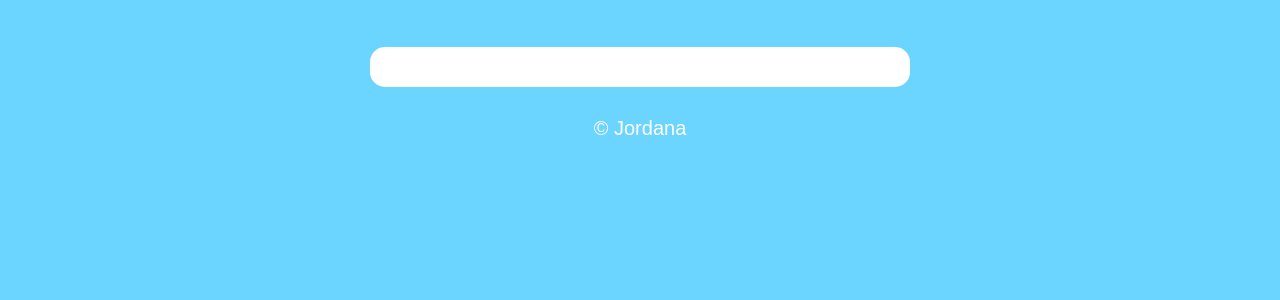
Repository: Iamjordana/Curso-JavaScript
Page: desafio/d02/index.html
The author's editor kept a copy of each file at every save. The page is drawn from the files as they stood at one save, then again after the next save.
The browser window is 1280 px wide. The pictures show the whole page.

Above is the page before, as saved 2025-02-20 13:36:27.

After the next save:
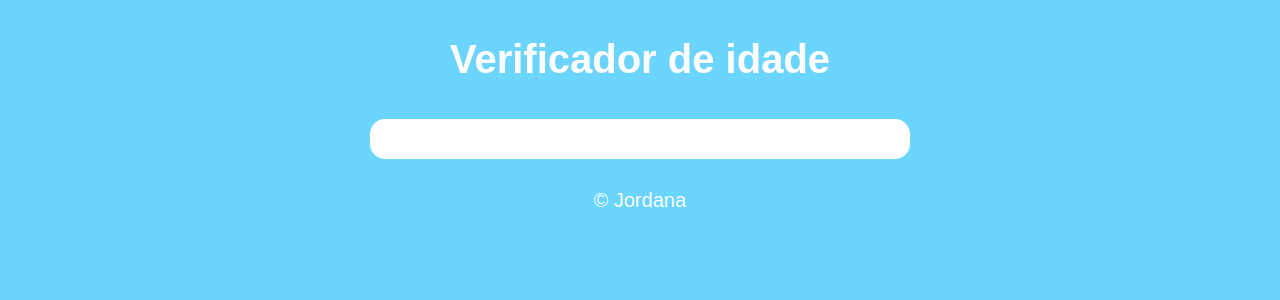
Saved 7 s later.
--- a/desafio/d02/index.html
+++ b/desafio/d02/index.html
@@ -8,7 +8,7 @@
 </head>
 <body>
     <header>
-        <h1></h1>
+        <h1>Verificador de idade</h1>
     </header>
     <section>
         <div>
